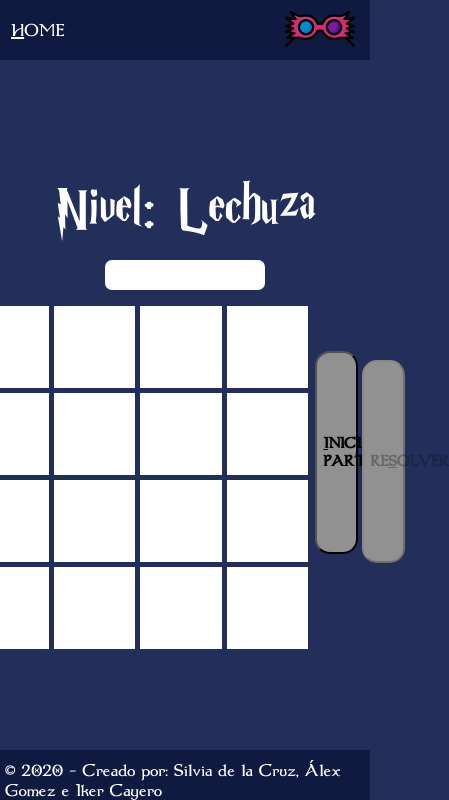
Repository: alexgomezdev/RavenclawSimon
Page: http://localhost/start.php?do=tryagain
These files come from the project's save history. The page is drawn as it stood at one moment and after the next save; the edit follows.
The browser window is 370 px wide. The page is 449 px wide, then 418 px, so the pictures cover 449 px, including what lies to the right of the window. The pictures show the whole page.
The page is run by PHP 8.4 with error messages shown; the project is at /var/www/html/.

Above is the page before, as saved 2020-11-10 21:50:57.

After the next save:
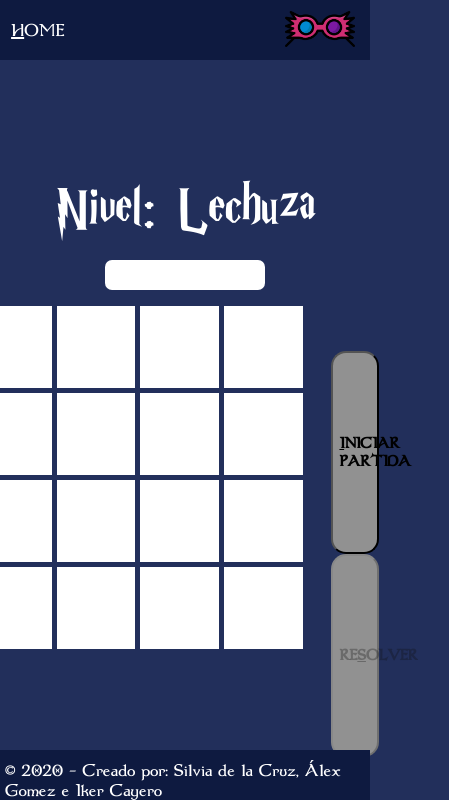
Saved 72 s later.
--- a/templates/start.css
+++ b/templates/start.css
@@ -160,10 +160,10 @@
 
 @media (max-width: 370px) {
   .tg {
-    width: 350px;
+    width: 340px;
     height: 80px;
   }
   .button_play {
-    width: 45%;
+    width: 50%;
   }
 }
